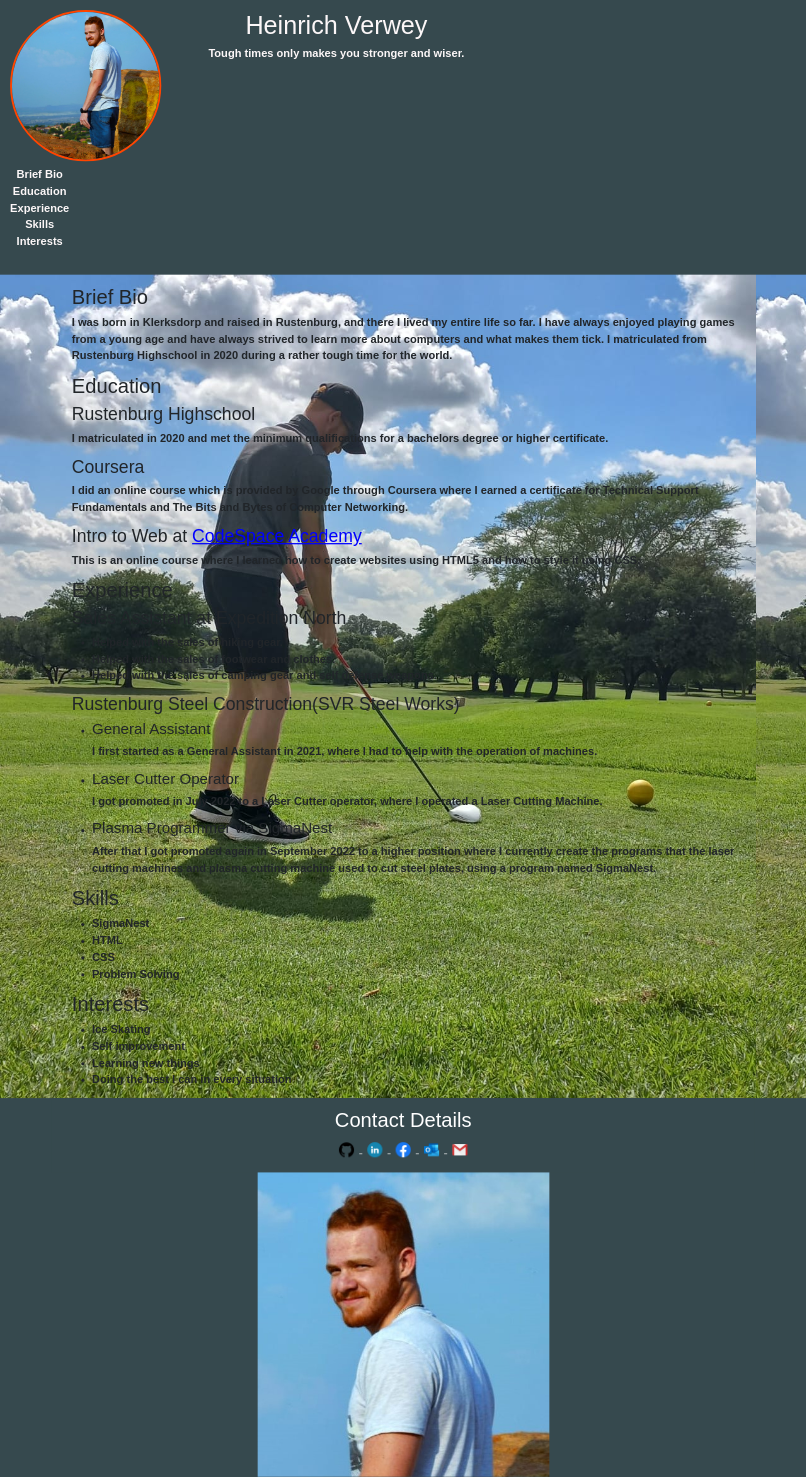
Repository: W3asl3y/IntroToWebDesign
Page: index.html
An editor plug-in stored every save of this project. The page is shown before and after the next save, followed by the edit.
The browser window is 1280 px wide. The pictures show the whole page, at 63% of full size.

Above is the page before, as saved 2022-12-08 22:29:49.

### index.html
<!DOCTYPE html>
<html lang="en">
    <head>
        <meta charset="UTF-8">
        <meta http-equiv="X-UA-Compatible" content="IE=edge">
        <meta name="viewport" content="width=device-width, initial-scale=1.0">

        <title>
            My Resume
        </title>

        <link rel="stylesheet" href="https://cdn.jsdelivr.net/npm/bootstrap@5.2.3/dist/css/bootstrap.min.css" integrity="sha384-rbsA2VBKQhggwzxH7pPCaAqO46MgnOM80zW1RWuH61DGLwZJEdK2Kadq2F9CUG65" crossorigin="anonymous">

        <link rel="stylesheet" type="text/css" href="css/stylesheet.css">

        <script src="https://cdn.jsdelivr.net/npm/bootstrap@5.2.3/dist/js/bootstrap.bundle.min.js" integrity="sha384-kenU1KFdBIe4zVF0s0G1M5b4hcpxyD9F7jL+jjXkk+Q2h455rYXK/7HAuoJl+0I4" crossorigin="anonymous"></script>

    </head>
    <body>


        <div class="container-fluid text-center" style="padding: 0">
            <header id="heading">
                <div class="row">
                        <div class="col-2">
                            <img id="profile_picture" src="images/Heinrich.jpg" alt="My profile picture" >
                        </div>
                        <div class="col-6">
                            <h1>
                                Heinrich Verwey
                            </h1>

                            <p>
                                Tough times only makes you stronger and wiser.
                            </p>
                        </div>
                        <div class="col-6">
                            <nav class="navbar navbar-expand-lg align-content-end">


                                        <button class="navbar-toggler" type="button" data-bs-toggle="collapse" data-bs-target="#navbarSupportedContent" aria-controls="navbarSupportedContent" aria-expanded="false" aria-label="Toggle navigation">
                                        <span class="navbar-toggler-icon"></span>
                                        </button>

                                    <ul class="nav-menu">
                                        <li class="nav-item">
                                            <a class="nav-link" href="#brief_bio"> Brief Bio </a>
                                        </li>
                                        <li class="nav-item">
                                            <a class="nav-link" href="#education"> Education </a>
                                        </li>
                                        <li class="nav-item">
                                            <a class="nav-link" href="#experience"> Experience </a>
                                        </li>
                                        <li class="nav-item">
                                            <a class="nav-link" href="#skills"> Skills </a>
                                        </li>
                                        <li class="nav-item">
                                            <a class="nav-link" href="#interests"> Interests </a>
                                        </li>
                                    </ul>

                            </nav>
                        </div>
                </div>
            </header>

        </div>

        <div class="backgroundImage">

        <main>



            <div class="container" style="padding-top: 1rem">
                <div class="row">
                    <div class="col-12">
                        <article id="contents">
                            <h2 id="brief_bio">
                                Brief Bio
                            </h2>
                            <p>
                                I was born in Klerksdorp and raised in Rustenburg, and there I lived my entire life so far. I have always enjoyed playing games from a young age and have always strived to learn more about computers and what makes them tick. I matriculated from Rustenburg Highschool in 2020 during a rather tough time for the world.
                            </p>
                            <h2 id=education>
                                Education
                            </h2>
                            <h3>
                                Rustenburg Highschool
                            </h3>
                            <p>
                                I matriculated in 2020 and met the minimum qualifications for a bachelors degree or higher certificate.
                            </p>
                            <h3>
                                Coursera
                            </h3>
                            <p>
                                I did an online course which is provided by Google through Coursera where I earned a certificate for Technical Support Fundamentals and The Bits and Bytes of Computer Networking.
                            </p>
                            <h3>
                                Intro to Web at <a href="https://www.codespace.co.za/courses/frontend-web-development/">CodeSpace Academy</a>
                            </h3>
                            <p>
                                This is an online course where I learned how to create websites using HTML5 and how to style it using CSS.
                            </p>
                            </h3>
                            <h2 id="experience">
                                Experience
                            </h2>
                            <h3>
                                Sales Assistant at Expedition North
                            </h3>
                            <ul>
                                <li>
                                    Helped with the sales of hiking gear.
                                </li>
                                <li>
                                    Helped with the sales of footwear and clothes.
                                </li>
                                <li>
                                    Helped with the sales of camping gear and self defense weapons.
                                </li>
                            </ul>
                            <h3>
                                Rustenburg Steel Construction(SVR Steel Works)
                            </h3>
                            <ul>
                                <li>
                                    <h4>
                                        General Assistant
                                    </h4>
                                        <p>
                                            I first started as a General Assistant in 2021, where I had to help with the operation of machines.
                                        </p>
                                </li>
                                <li>
                                    <h4>
                                        Laser Cutter Operator
                                    </h4>
                                        <p>
                                            I got promoted in July 2022 to a Laser Cutter operator, where I operated a Laser Cutting Machine.
                                        </p>
                                </li>
                                <li>
                                    <h4>
                                        Plasma Programmer via SigmaNest
                                    </h4>
                                        <p>
                                            After that I got promoted again in September 2022 to a higher position where I currently create the programs that the laser cutting machines and plasma cutting machine used to cut steel plates, using a program named SigmaNest.
                                        </p>
                                </li>
                            </ul>
                            <h2 id="skills">
                                Skills
                            </h2>
                            <ul>
                                <li>
                                    SigmaNest
                                </li>
                                <li>
                                    HTML
                                </li>
                                <li>
                                    CSS
                                </li>
                                <li>
                                    Problem Solving
                                </li>
                            </ul>
                            <h2 id="interests">
                                Interests
                            </h2>
                            <ul>
                                <li>
                                    Ice Skating
                                </li>
                                <li>
                                    Self improvement
                                </li>
                                <li>
                                    Learning new things
                                </li>
                                <li>
                                    Doing the best I can in every situation
                                </li>
                            </ul>
                        </article>
                    </div>
                </div>
            </div>

        </main>

        </div>
        <div class="container text-center" >
            <footer class="footer">
                <h2>
                    Contact Details
                </h2>
                    <a href="https://github.com/W3asl3y" target="_blank">
                        <img class="my_contacts" src="Images\Github-22.png" alt="My Github">
                    </a>
                    <a href="https://www.linkedin.com/in/heinrich-verwey-1627a7205/" target="_blank">
                        <img class="my_contacts" src="Images\LinkedIn.webp" alt="My LinkedIn">
                    </a>
                    <a  href="https://www.facebook.com/heinrich.verwey.79/" target="_blank">
                        <img class="my_contacts" src="Images\Facebook.webp" alt=" My Facebook">
                    </a>
                    <a href="mailto:verwey41@outlook.com" target="_blank">
                        <img class="my_contacts" src="Images\Microsoft-Outlook-01.png" alt="My Outlook Email">
                    </a>
                    <a href="https://mail.google.com/mail/u/0/#inbox?compose=DmwnWrRpddMlNTSjFqkttlfhgGgSTqTdZwvhCZbHGPMFCZvZVTDvqlDvZQjtBGtGFFxcnhXPNVnl" target="_blank">
                        <img class="my_contacts" src="Images\Gmail.webp" alt="My Gmail Email">
                    </a>

            </footer>
        </div>

        <div class="pictureOfMe">
            <picture>
                <source media="(max-width: 650px)" srcset="Images\Heinrich-H.jpg">
                <source media="(max-width: 1400px)" srcset="Images\Heinrich-HS.jpg">
                <img src="Images\Heinrich.jpg" alt="It is a picture of me">
            </picture>
        </div>

    </body>
</html

### CSS/stylesheet.css
* { box-sizing: border-box }

body{
     font-family:sans-serif;
     font-size:110%;
     font-weight: bolder;
     background-color:  #36494e ;
     display: flex;
     flex-direction: column;
}

.backgroundImage {
     background-image: url("/images/me-playing-golf.jpg");
     background-size: auto;

}

main {
     display: flex;
     flex-direction: row;
     overflow: unset;
}

header {
     text-align: center;
    -webkit-text-fill-color: #FCF7F8;
     background-color: #36494e;
     padding: 1rem;
}



#profile_picture {
     width: 15rem;
     border-radius: 50%;
     border: 3px solid orangered;
}





#menu {
     -webkit-text-fill-color:white ;
}

.nav-menu {
     list-style: none;
     padding: 0%;
}

#contents {
     padding-left: 2rem;
     background-color: transparent;
     background-image: none;
}



a:link {
     color: blue;
}

a:visited {
     color: blue;
}

.my_contacts {
     width: 40px;
     padding: 0.5rem;
}



footer {
     background-color: #36494e;
     text-align: center;
     -webkit-text-fill-color: white;
     padding: 1rem;
     justify-content: center;
}


.pictureOfMe {
     align-self: center;
}

@media  screen and (max-width:600px){
     #sidebar {
          width: 30vw;
     }
     #contents {
          width: auto;
     }
     .backgroundImage {
          width: auto;
     }
}

@media screen and (max-width:1000px) {
     #sidebar {
          width: 30vw;
     }
     #contents {
          width: auto;
     }
     .backgroundImage {
          width: auto;
     }

}

@media screen and (min-width:1000px) {
     #sidebar {
          width: 30vw;
     }
     #contents {
          width: auto;
     }
     .backgroundImage {
          width: auto;
     }

}

After the next save:
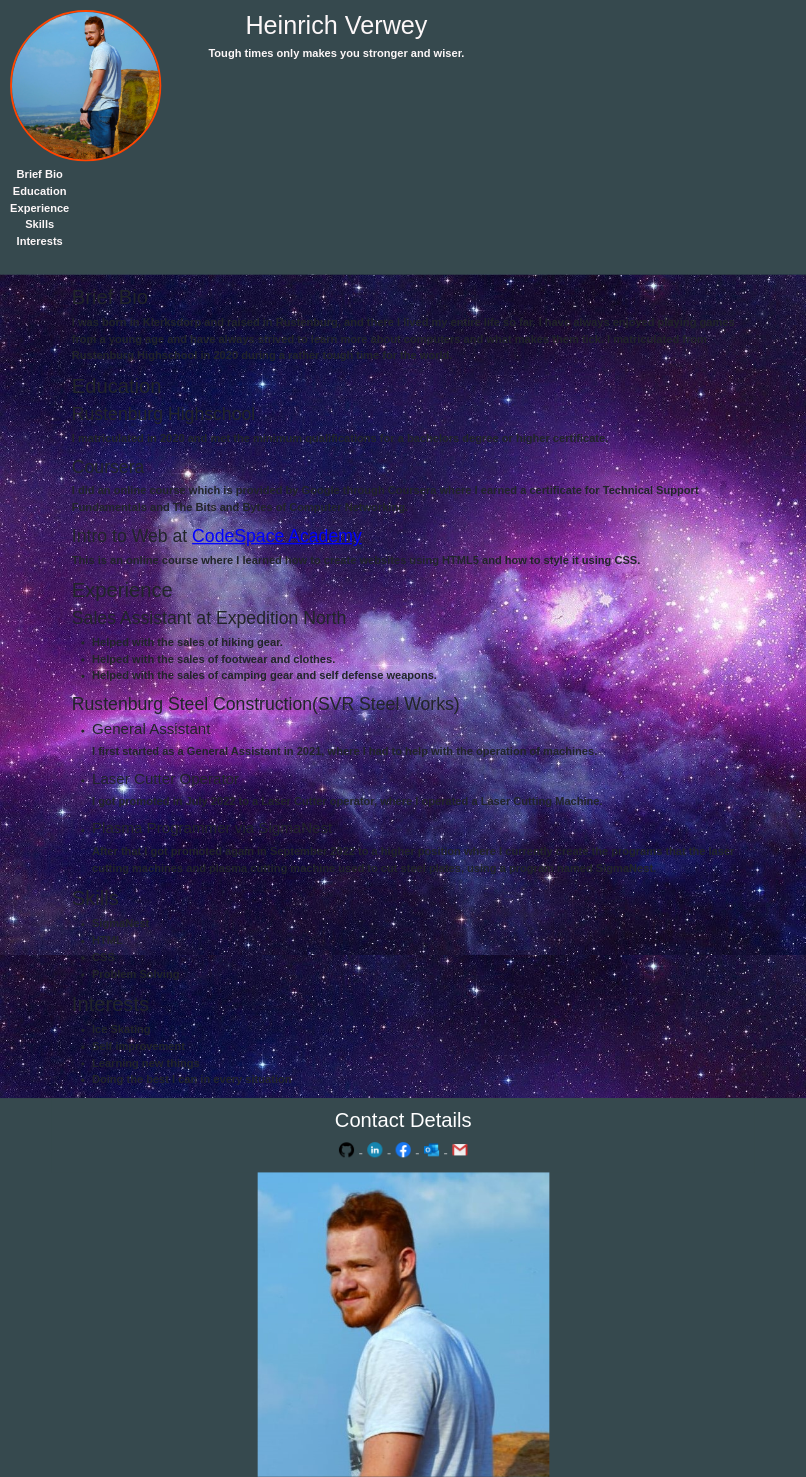
Saved 3 min 11 s later.
--- a/CSS/stylesheet.css
+++ b/CSS/stylesheet.css
@@ -10,7 +10,7 @@
 }
 
 .backgroundImage {
-     background-image: url("/images/me-playing-golf.jpg");
+     background-image: url("/images/background-image.jpg");
      background-size: auto;
 
 }

After the save that followed:
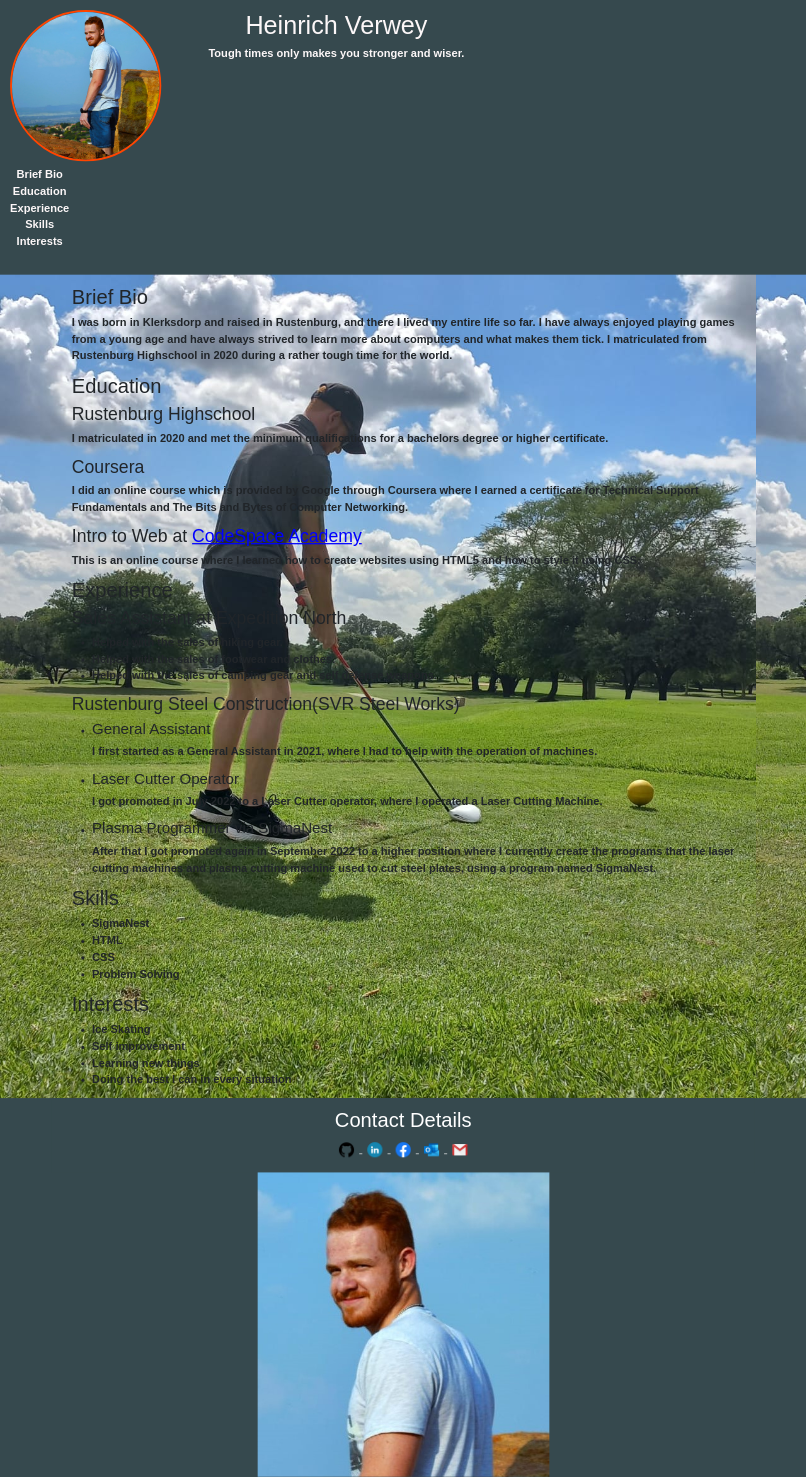
Saved 60 s later.
--- a/CSS/stylesheet.css
+++ b/CSS/stylesheet.css
@@ -10,7 +10,7 @@
 }
 
 .backgroundImage {
-     background-image: url("/images/background-image.jpg");
+     background-image: url("/images/me-playing-golf.jpg");
      background-size: auto;
 
 }
